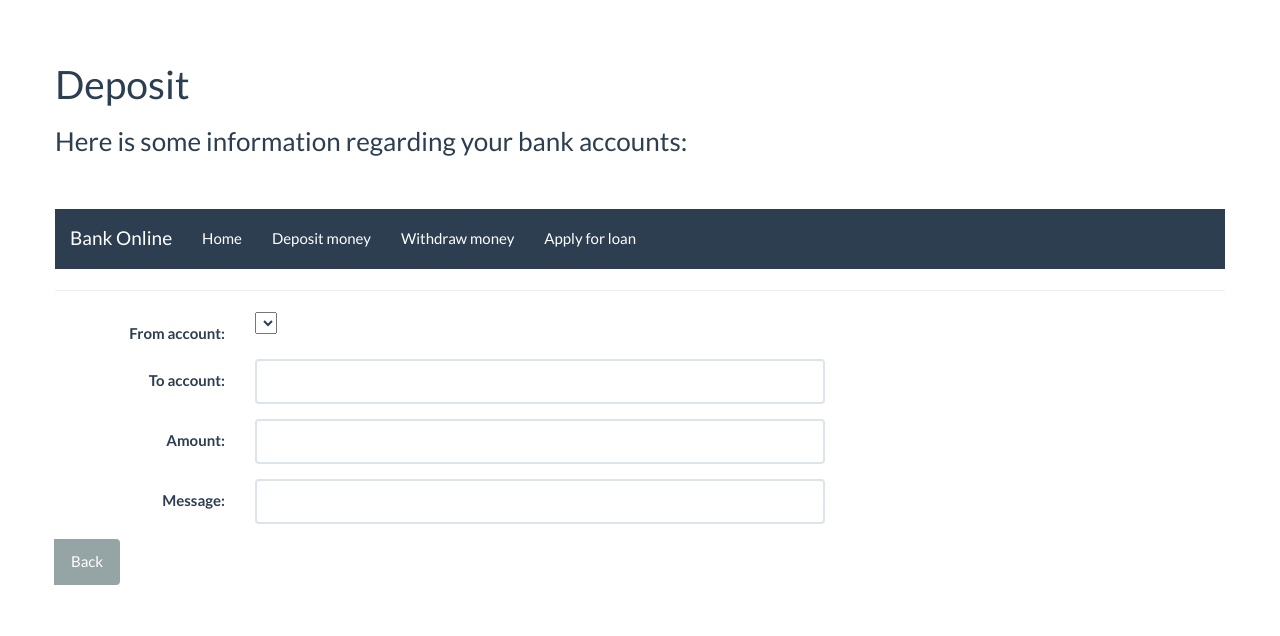
Repository: klitusas/SpringMVCBanking
Page: http://localhost/loans
An editor plug-in stored every save of this project. The page is shown before and after the next save, followed by the edit.
The browser window is 1280 px wide. The pictures show the whole page.
The page is this project's Thymeleaf template; nobody is signed in. The template is opened directly, without the code that normally fills it, so the values that code supplies are empty.

Above is the page before, as saved 2017-03-01 14:03:44.

### banking/src/main/resources/templates/loans.html
<!DOCTYPE HTML>
<html xmlns:th="http://www.thymeleaf.org">
<head>
    <title>Bank Online</title>
    <meta http-equiv="Content-Type" content="text/html; charset=UTF-8" />

	<link rel="stylesheet" href="/bootstrap.min.css" media="screen"/>
</head>
<body>
	<div class="container">
      <div class="page-header" id="banner">
        <div class="row">
          <div>
			<h1>Deposit</h1>
			<h3>Here is some information regarding your bank accounts: </h3>
			<br/>
			<br/>
			<nav class="navbar navbar-default navbar-static-top">
 				 <div class="container">
			  			<div class="navbar-header">
					      <a class="navbar-brand" href="#">Bank Online</a>
					    </div>
					    <ul class="nav navbar-nav">
					      <li><a th:href="@{/accounts}">Home</a></li>
					      <li><a  th:href="@{/deposit}">Deposit money</a></li>
					      <li><a href="#">Withdraw money</a></li>
					      <li><a href="#">Apply for loan</a></li>
					    </ul>
 				 </div>
			</nav>
				<hr/>
				<form class="form-horizontal" th:action="@{/deposit}"  method="post" enctype="multipart/form-data" >
            	<fieldset>
            		<div class="form-group">
	                    <label class="col-lg-2 control-label">From account:</label>
	                    <div class="col-lg-6">
						    <select name="fromAccount">
								<option th:each="account : ${accounts}"
									th:value="${account.id}"
									th:text="${account.label}"></option>
							</select>
	                    </div>
                	</div>
            		<div class="form-group">
	                    <label class="col-lg-2 control-label" >To account:</label>
	                    <div class="col-lg-6">
	                    	<input type="text" class="form-control" name="toAccount"/>
	                    </div>
                	</div>
                	<div class="form-group">
	                    <label class="col-lg-2 control-label">Amount:</label>
	                    <div class="col-lg-6">
	                    	<input type="text" class="form-control" name="amount"/>
	                    </div>
                	</div>
                	<div class="form-group">
	                    <label class="col-lg-2 control-label">Message:</label>
	                    <div class="col-lg-6">
	                    	<input type="text" class="form-control" name="description"/>
	                    </div>
                	</div>
                	<span class="input-group-btn">
						<button type="submit" class="btn btn-default">Back</button>
					</span>
            	</fieldset>
            </form>
<!-- 				<form th:action="@{/deposit}" method="post" enctype="multipart/form-data">
					<div>
						From account: <input name="fromAccount" />
					</div>
					<div>
						To account: <input name="toAccount" />
					</div>
					<div>
						Amount: <input name="amount" />
					</div>
					<div>
						Message: <input name="description" />
					</div>
					<div>
						<input type="submit" value="Deposit" name="button"/>
					</div>
				</form> -->
			</div>
		</div>
	</div>
</div>
</body>
</html>

Loaded but not shown: banking/src/main/resources/static/bootstrap.min.css (library)

After the next save:
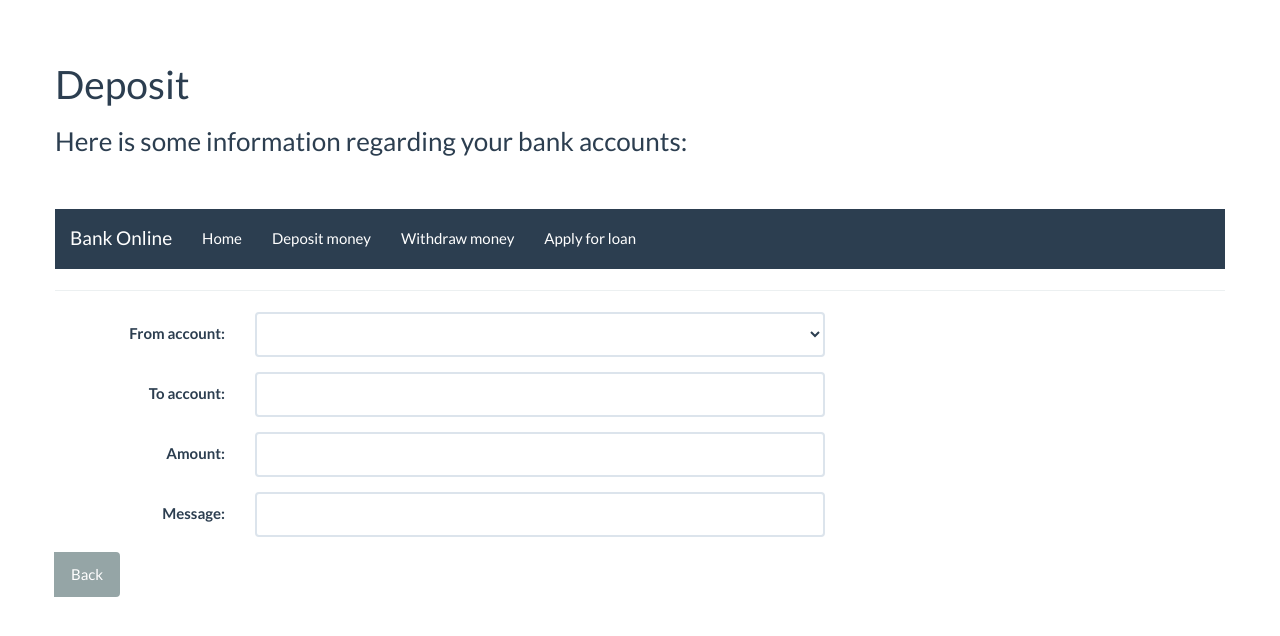
Saved 61 s later.
--- a/banking/src/main/resources/templates/loans.html
+++ b/banking/src/main/resources/templates/loans.html
@@ -34,7 +34,7 @@
             		<div class="form-group">
 	                    <label class="col-lg-2 control-label">From account:</label>
 	                    <div class="col-lg-6">
-						    <select name="fromAccount">
+						    <select name="fromAccount"  class="form-control">
 								<option th:each="account : ${accounts}"
 									th:value="${account.id}"
 									th:text="${account.label}"></option>
